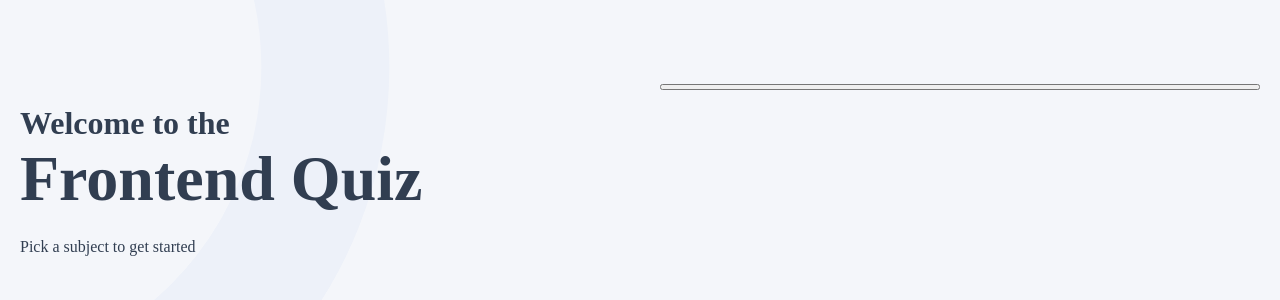
Repository: Daniel054311/Quiz-app-V1
Page: index.html
An editor plug-in stored every save of this project. The page is shown before and after a run of saves, followed by the edit.
The browser window is 1280 px wide. The pictures show the whole page.

Above is the page before, as saved 2024-02-01 10:02:53.

After the next 2 saves:
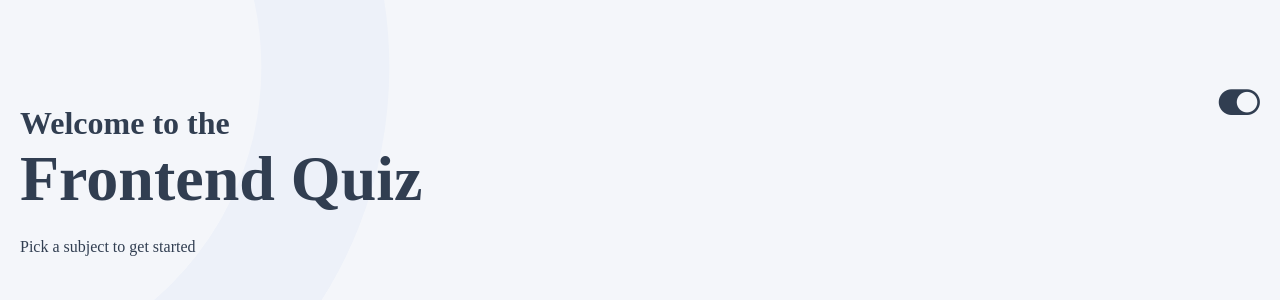
The 2 saves are shown as one change because they came seconds apart.
The last was saved 8 s later.
--- a/index.html
+++ b/index.html
@@ -21,7 +21,8 @@
 
         </div>
         <div class="right-container">
-            <button id="darkMode
+            <i class="fa fa-toggle-on" style="font-size:36px"></i>
+
 
 
             <div class="navigation" id="navigation"></div>
